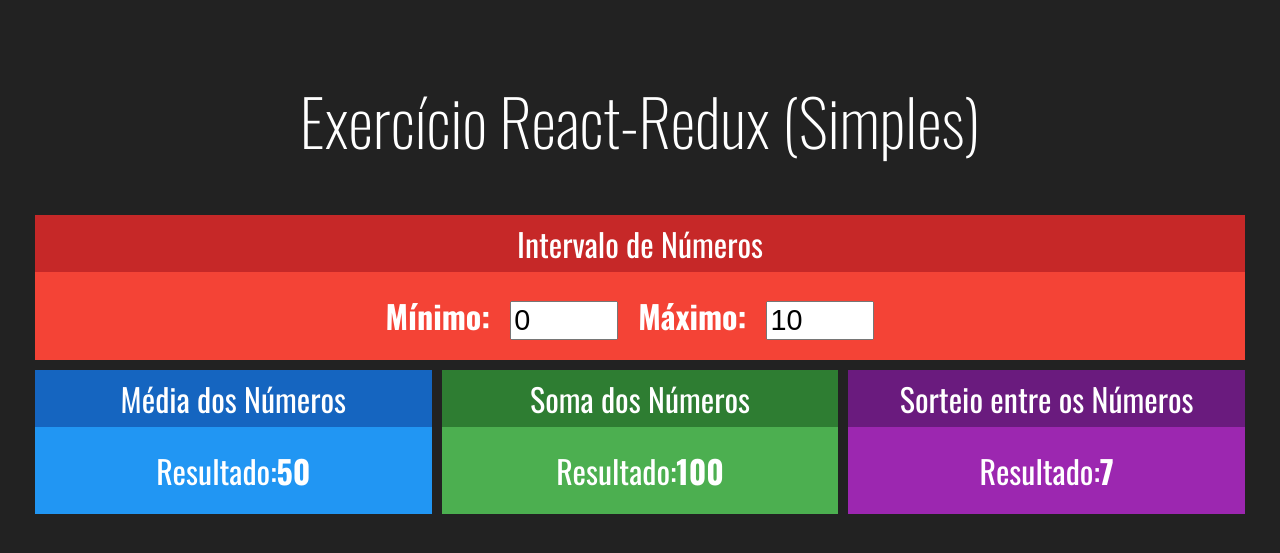
Repository: WellysonP/testando-react-redux
Page: /
The author's editor kept a copy of each file at every save. The page is drawn from the files as they stood at one save, then again after the next save.
The browser window is 1280 px wide. The pictures show the whole page.
The project was rebuilt for these pictures with package versions that can differ from the ones it lists, and the page was loaded fresh each time.

Above is the page before, as saved 2023-01-12 18:34:54.

### public/index.html
<!DOCTYPE html>
<html lang="en">
  <head>
    <link rel="preconnect" href="https://fonts.googleapis.com">
<link rel="preconnect" href="https://fonts.gstatic.com" crossorigin>
<link href="https://fonts.googleapis.com/css2?family=Oswald:wght@200;300;400;500;600;700&display=swap" rel="stylesheet">
    <meta charset="utf-8" />
    <link rel="icon" href="%PUBLIC_URL%/favicon.ico" />
    <meta name="viewport" content="width=device-width, initial-scale=1" />
    <meta name="theme-color" content="#000000" />
    <meta
      name="description"
      content="Web site created using create-react-app"
    />
    <link rel="apple-touch-icon" href="%PUBLIC_URL%/logo192.png" />
    <!--
      manifest.json provides metadata used when your web app is installed on a
      user's mobile device or desktop. See https://developers.google.com/web/fundamentals/web-app-manifest/
    -->
    <link rel="manifest" href="%PUBLIC_URL%/manifest.json" />
    <!--
      Notice the use of %PUBLIC_URL% in the tags above.
      It will be replaced with the URL of the `public` folder during the build.
      Only files inside the `public` folder can be referenced from the HTML.

      Unlike "/favicon.ico" or "favicon.ico", "%PUBLIC_URL%/favicon.ico" will
      work correctly both with client-side routing and a non-root public URL.
      Learn how to configure a non-root public URL by running `npm run build`.
    -->
    <title>React App</title>
  </head>
  <body>
    <noscript>You need to enable JavaScript to run this app.</noscript>
    <div id="root"></div>
    <!--
      This HTML file is a template.
      If you open it directly in the browser, you will see an empty page.

      You can add webfonts, meta tags, or analytics to this file.
      The build step will place the bundled scripts into the <body> tag.

      To begin the development, run `npm start` or `yarn start`.
      To create a production bundle, use `npm run build` or `yarn build`.
    -->
  </body>
</html>

### src/index.css
body{
  background-color: #222;
  font-size: 2rem;
  font-family: Oswald;
  color: #fff;
  margin: 30px;
}

### src/App.js
import { useState } from 'react';
import './App.css';
import Intervalo from './components/Intervalo';
import Media from './components/Media';
import Soma from './components/Soma';
import Sorteio from './components/Sorteio';

function App() {
  const [min, setMin] = useState(0)
  const [max, setMax] = useState(100)
  return (
    <div className="App">
      <h1>Exercício React-Redux (Simples)</h1>
      <div className='linha'>
        <Intervalo></Intervalo>
      </div>
      <div className='linha'>
        <Media minimo={min} maximo={max}></Media>
        <Soma minimo={min} maximo={max}></Soma>
        <Sorteio minimo={min} maximo={max}></Sorteio>
      </div>
    </div>
  );
}

export default App;

### src/App.css
.App{
  display: flex;
  flex-direction: column;
  text-align: center;
}

h1{
  font-weight: 200;
}

.linha{
  display: flex;
}

### src/components/Intervalo.jsx
import Card from "./Card"
import "./Intervalo.css"


export default props => {
    return (
        <Card title="Intervalo de Números" red>
            <div className="Intervalo">
                <span>
                    <strong>Mínimo:</strong>
                    <input type="number" value={0} />
                </span>
                <span>
                    <strong>Máximo:</strong>
                    <input type="number" value={10} />
                </span>
            </div>
        </Card>
    )
}

### src/components/Media.jsx
import Card from "./Card"

export default props => {
    return (
        <Card title="Média dos Números" blue>
            <div>
                <span>
                    <span>Resultado:</span>
                    <strong>{(props.maximo + props.minimo)/2}</strong>
                </span>
            </div>
        </Card>
    )
}

### src/components/Soma.jsx
import Card from "./Card"

export default props => {
    return (
        <Card title="Soma dos Números" green>
            <div>
                <span>
                    <span>Resultado:</span>
                    <strong>{props.minimo + props.maximo}</strong>
                </span>
            </div>
        </Card>
    )
}

### src/components/Sorteio.jsx
import Card from "./Card"

export default props => {
    return (
        <Card title="Sorteio entre os Números" purple>
            <div>
                <span>
                    <span>Resultado:</span>
                    <strong>7</strong>
                </span>
            </div>
        </Card>
    )
}

### src/components/Card.jsx
import "./Card.css"

function getColor(props){
    if(props.red) return "Red"
    if(props.green) return "Green"
    if(props.blue) return "Blue"
    if(props.purple) return "Purple"
    return""
}

export default props => {
    return (
        <div className={`Card ${getColor(props)}`}>
            <div className="Header">
                <span className="Title">{props.title}</span>
            </div>
            <div className="Content">
                {props.children}
            </div>
        </div>
    )
}

### src/components/Intervalo.css
.Intervalo input{
    font-size: 1.8rem;
    margin-left: 20px;
    margin-right: 20px;
    width: 100px;
}

### src/components/Card.css
.Card{
    flex: 1;
    display: flex;
    flex-direction: column;
    margin: 5px;
}

.Card .Header{
    display: flex;
    flex-direction: row;
    justify-content: center;
}

.Card .Header .Title{
    flex: 1;
    padding: 5px;
}

.Card .Content{
    padding: 20px;
}

.Card.Red .Header{ color: #fff; background-color: #c62828;}
.Card.Red .Content{ color: #fff; background-color: #f44336;}

.Card.Green .Header{ color: #fff; background-color: #2e7d32;}
.Card.Green .Content{ color: #fff; background-color: #4caf50;}

.Card.Blue .Header{ color: #fff; background-color: #1565c0;}
.Card.Blue .Content{ color: #fff; background-color: #2196f3;}

.Card.Purple .Header{ color: #fff; background-color: #6A1B7e;}
.Card.Purple .Content{ color: #fff; background-color: #9c27b0;}

Loaded but not shown: src/index.js (common file); src/reportWebVitals.js (common file)

After the next save:
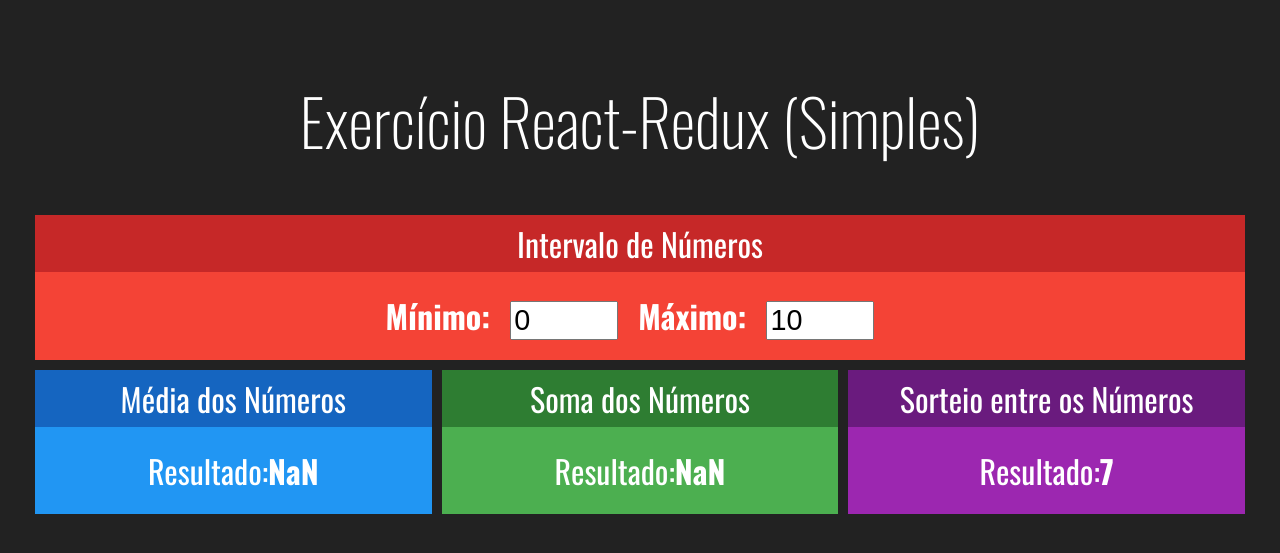
Saved 2 min 15 s later.
--- a/src/App.js
+++ b/src/App.js
@@ -15,9 +15,9 @@ function App() {
         <Intervalo></Intervalo>
       </div>
       <div className='linha'>
-        <Media minimo={min} maximo={max}></Media>
-        <Soma minimo={min} maximo={max}></Soma>
-        <Sorteio minimo={min} maximo={max}></Sorteio>
+        <Media min={min} max={max}></Media>
+        <Soma min={min} max={max}></Soma>
+        <Sorteio min={min} max={max}></Sorteio>
       </div>
     </div>
   );
